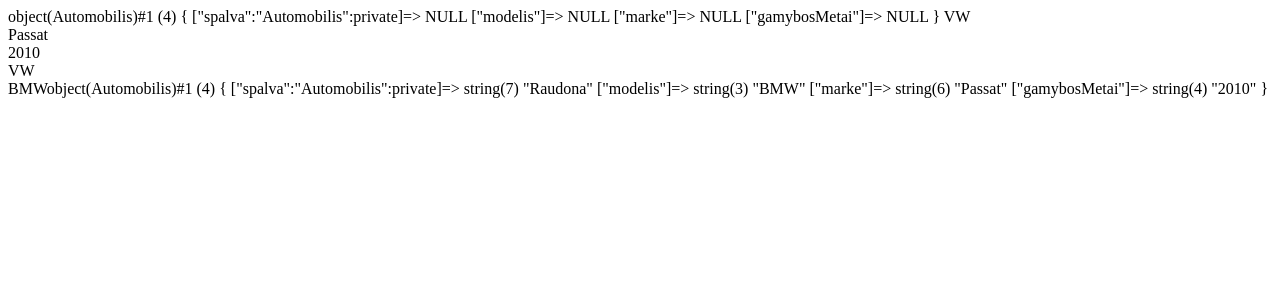
Repository: motiejus1/11-paskaita-PHP-05.31
Page: http://localhost/
These files come from the project's save history. The page is drawn as it stood at one moment and after a run of saves; the edit follows.
The browser window is 1280 px wide. The pictures show the whole page.
The page is run by PHP 8.4 with error messages shown; the project is at /var/www/html/.

Above is the page before, as saved 2021-08-09 19:04:19.

### index.php
<!DOCTYPE html>
<html lang="en">
<head>
    <meta charset="UTF-8">
    <meta http-equiv="X-UA-Compatible" content="IE=edge">
    <meta name="viewport" content="width=device-width, initial-scale=1.0">
    <title>11 paskaita</title>
</head>
<body>
    <?php
    //Klases ir objektai

    // Objektas - paimam ir susikuriam, t.y. pats objektas neturejo sablono
    //PHP sukurtume objekta, visu pirma objektas turi tureti savo sablona. Klase

    //Klase - yra objekto sablonas, pagal kurio duomenis yra kuriamas objektas
    //Objektas - tai yra tam tikras kintamuju ir metodu(vidiniu objekto funkciju rinkinys)

    // Automobilio objekta
    class Automobilis {
        //Modeli
        //Marke
        //Gamybos metus

        //Access modifier
        //public - kai bus sukurtas objektas, tas kintamas arba metodas bus pasiekiamas uz objekto/klases ribu
        //private - kintamasis arba metodas gali buti naudojamas tik pacioje klaseje
        //protected - kintamasis arba metodas gali buti naudojamas pacioje klaseje ir jos vaikinese klasese

        private $spalva;
        public $modelis;
        public $marke;
        public $gamybosMetai;

        //Metodai(vidines funkcijos)
        function nustatome_kintamuosius($a, $b, $c) {
            $this->modelis = $a;
            $this->marke = $b;
            $this->gamybosMetai = $c;
            $this->spalva = "Raudona";
        }
    }


    //$automobilis - yra objektas
    $automobilis = new Automobilis();
    //Objekta galime isivesti su var_dump komanda
    var_dump($automobilis);

    $automobilis->nustatome_kintamuosius("VW", "Passat", "2010");


    //O kaip pavyzdiui isivesti tik automobilio modeli?
    echo $automobilis->modelis;
    echo "<br>";
    echo $automobilis->marke;
    echo "<br>";
    echo $automobilis->gamybosMetai;
    echo "<br>";

    //Su private tipo kintamaisias neveikia!!!!!!!!!
    // $automobilis->spalva = "Melyna";
    // echo $automobilis->spalva;//ERROR
    // echo "<br>";

    //ar as galiu padaryti taip?
    $naujasKintamasis = $automobilis->modelis;
    echo $naujasKintamasis;

    $automobilis->modelis = "BMW";
    echo "<br>";
    echo $automobilis->modelis;

    var_dump($automobilis);
    ?>
</body>
</html>

After the next 2 saves:
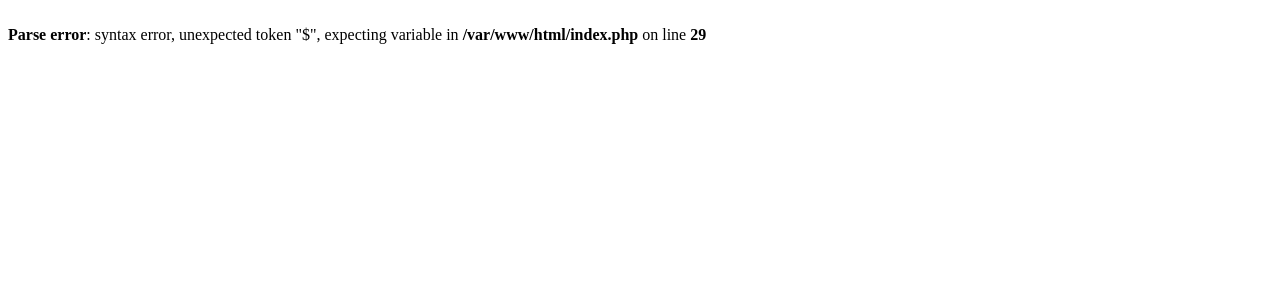
The 2 saves are shown as one change because they came seconds apart.
The last was saved 7 s later.
--- a/index.php
+++ b/index.php
@@ -26,7 +26,7 @@
         //public - kai bus sukurtas objektas, tas kintamas arba metodas bus pasiekiamas uz objekto/klases ribu
         //private - kintamasis arba metodas gali buti naudojamas tik pacioje klaseje
         //protected - kintamasis arba metodas gali buti naudojamas pacioje klaseje ir jos vaikinese klasese
-
+        protected $
         private $spalva;
         public $modelis;
         public $marke;

After the save that followed:
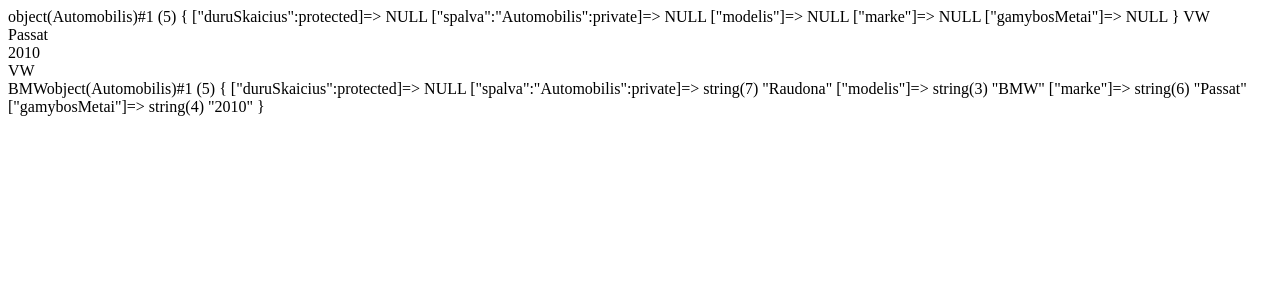
Saved 7 s later.
--- a/index.php
+++ b/index.php
@@ -26,7 +26,7 @@
         //public - kai bus sukurtas objektas, tas kintamas arba metodas bus pasiekiamas uz objekto/klases ribu
         //private - kintamasis arba metodas gali buti naudojamas tik pacioje klaseje
         //protected - kintamasis arba metodas gali buti naudojamas pacioje klaseje ir jos vaikinese klasese
-        protected $
+        protected $duruSkaicius;
         private $spalva;
         public $modelis;
         public $marke;
